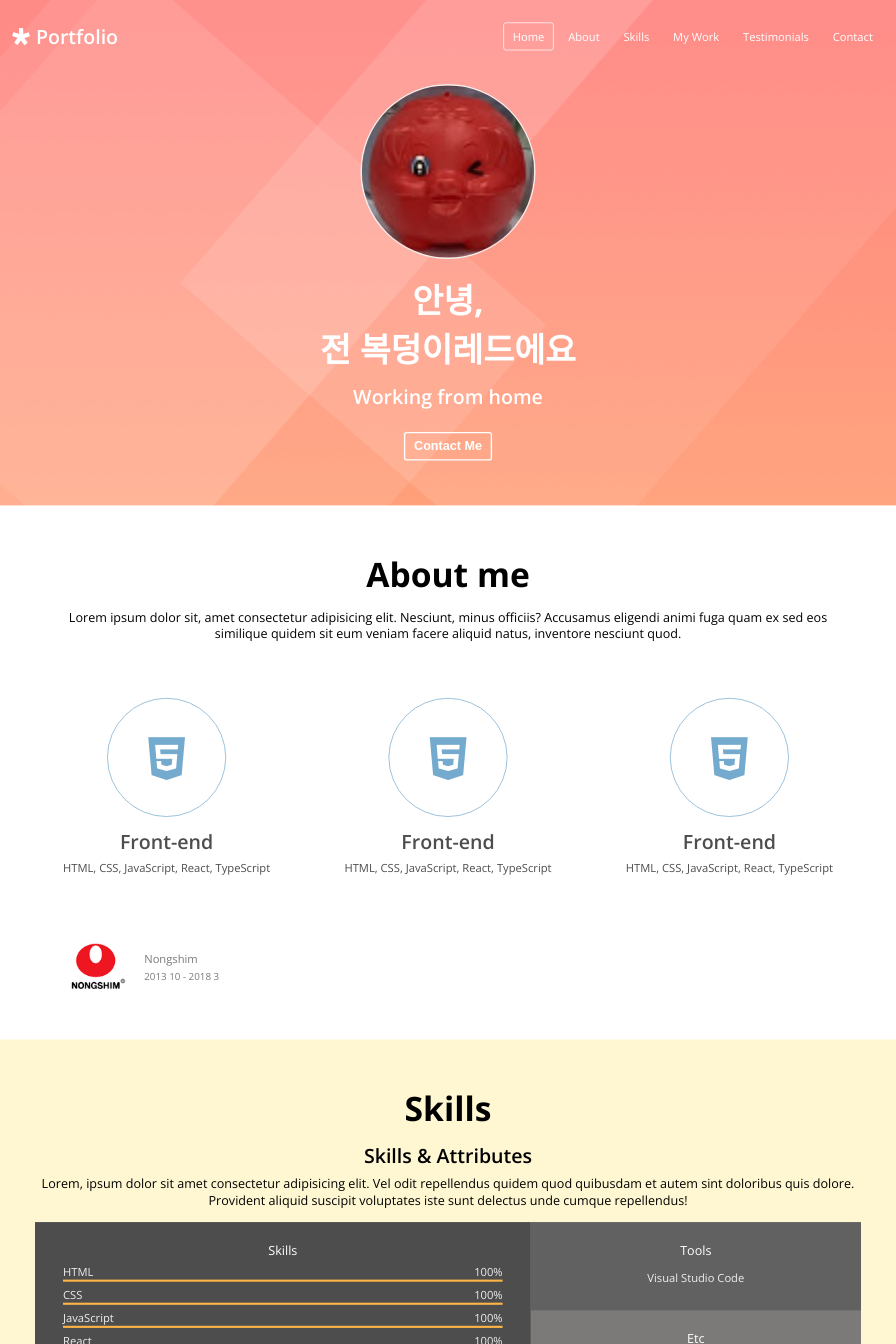
Repository: beomsu9696/Dream_Coding_Academy4
Page: index.html
These files come from the project's save history. The page is drawn as it stood at one moment and after the next save; the edit follows.
The browser window is 1280 px wide. The pictures show the part of the page from y = 0 to 1920 px (the page is 3957 px tall), at 70% of full size.
Some web libraries are served in a nearby version.

Above is the page before, as saved 2021-01-27 18:19:58.

After the next save:
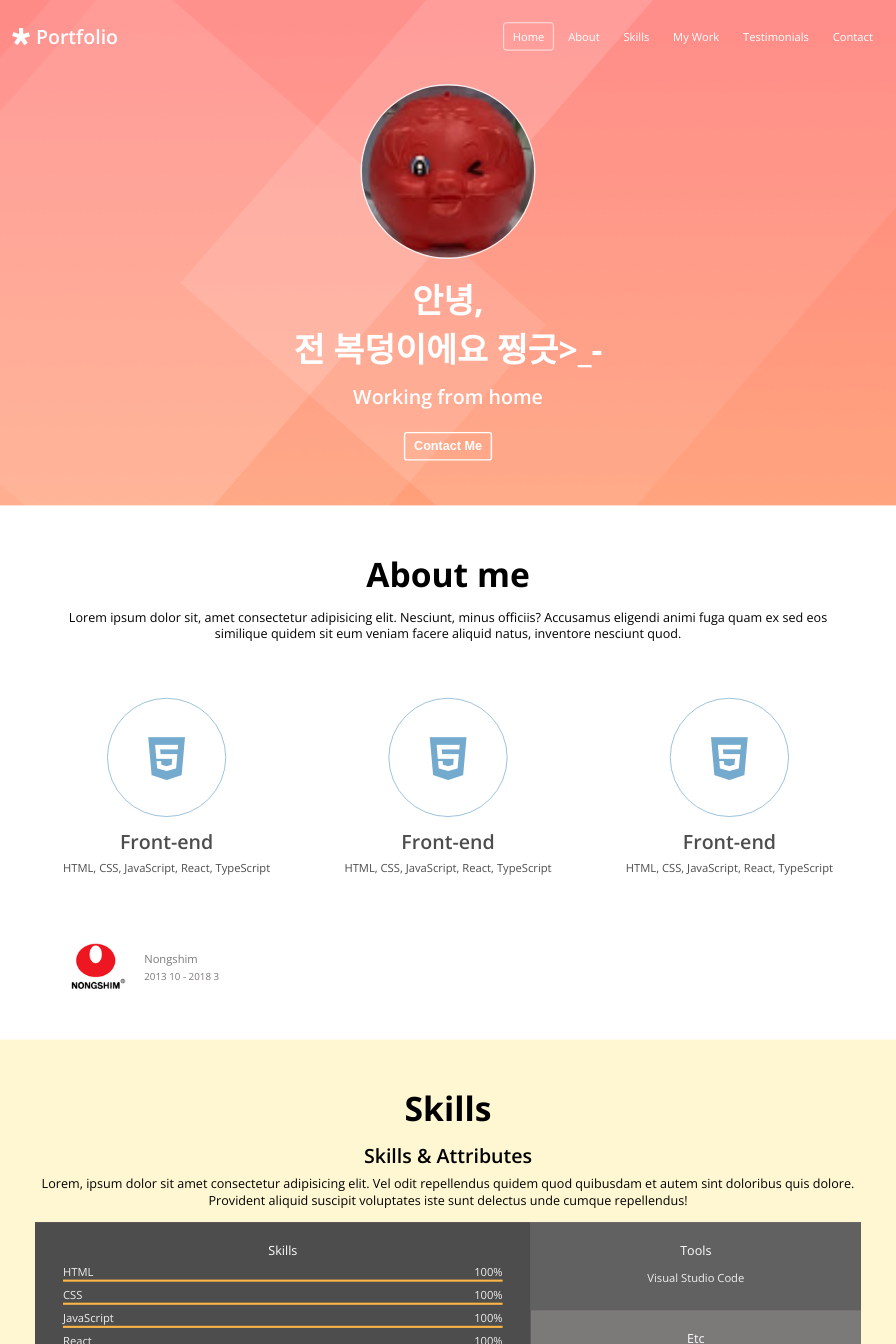
Saved 26 s later.
--- a/index.html
+++ b/index.html
@@ -45,7 +45,7 @@
     <section id="home">
       <div class="home__container">
         <img src="images/pig.JPG" alt="profile photo" class="home__avatar" />
-        <h1 class="home__title">안녕, <br />전 복덩이레드에요</h1>
+        <h1 class="home__title">안녕, <br />전 복덩이에요 찡긋>_-</h1>
         <h2 class="home__description">Working from home</h2>
         <button class="home__contact">Contact Me</button>
       </div>
